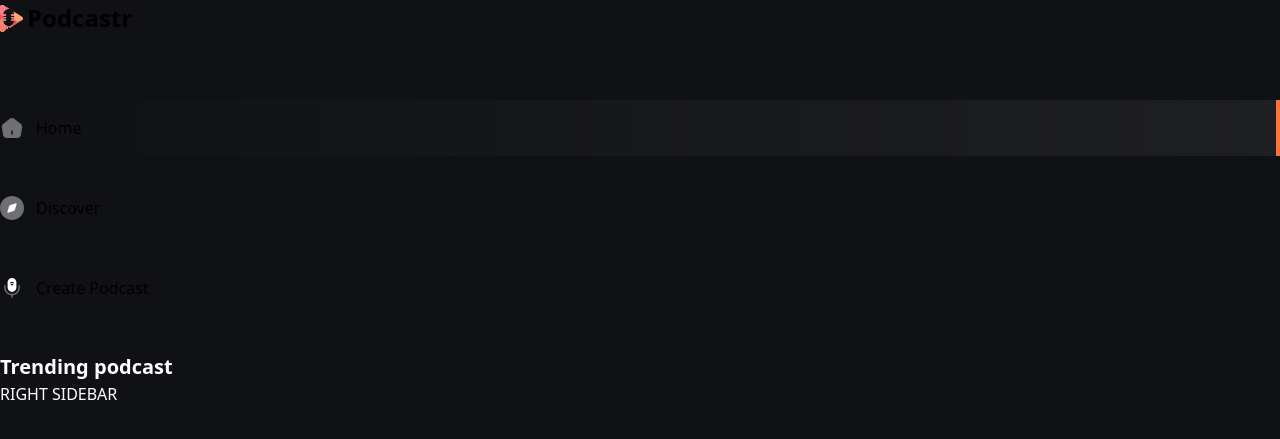
Repository: sumanth-udedar/podcast
Page: /
An editor plug-in stored every save of this project. The page is shown before and after the next save, followed by the edit.
The browser window is 1280 px wide. The pictures show the whole page.
The project was rebuilt for these pictures with package versions that can differ from the ones it lists, and the page was loaded fresh each time. The framework's server and built-in components were replaced by stand-ins that run in the browser. Also part of the build but not shown: next.config.ts.

Above is the page before, as saved 2024-11-13 15:28:05.

### app/(root)/layout.tsx
import LeftSidebar from "@/components/LeftSidebar";

export default function RootLayout({
  children,
}: Readonly<{
  children: React.ReactNode;
}>) {
  return (
    <div>
      <main>
        <LeftSidebar></LeftSidebar>
        {children}
        <p className="text-white-1">RIGHT SIDEBAR</p>
      </main>
    </div>
  );
}

### app/(root)/page.tsx
import { Button } from '@/components/ui/button' //if hadnt imported this then i wont be able to use button tag
import React from 'react'

const page = () => {
  return (
    <div className='mt-9 flex flex-col gap-9'>
      <section className='flex flex-col gap-5'>
        <h1 className='text-20 font-bold text-white-1'>Trending podcast</h1>
        {/* <Button className='text-white-1 bg-orange-1'>Button</Button>  commented this*/}

      </section>
    </div>
  )
}

export default page

### components/LeftSidebar.tsx
"use client";

import Image from "next/image";
import Link from "next/link";
import React from "react";
import { sidebarLinks } from '@/constants'
import { usePathname, useRouter } from "next/navigation";
import { cn } from "@/lib/utils";

const LeftSidebar = () => {
  const pathname = usePathname();
  const router = useRouter();
  return (

    <section >
      <nav className="flex flex-col gap-6">
        <Link href="/" className="flex cursor-pointer items-center gap-1 pb-10 max-lg:justify-center">
          <Image src="/icons/logo.svg" alt="logo" width={23} height={27} />
          <h1 className="text-24 font-extrabold text-white max-lg:hidden">Podcastr</h1>
        </Link>

        {sidebarLinks.map(({ route, label, imgURL }) => {
          const isActive = pathname === route || pathname.startsWith(`${route}/`);

          return <Link href={route} key={label} className={cn("flex gap-3 items-center py-4 max-lg:px-4 justify-center lg:justify-start", {
            'bg-nav-focus border-r-4 border-orange-1': isActive
          })}>
            <Image src={imgURL} alt={label} width={24} height={24} />
            <p>{label}</p>
          </Link>
        })}
      </nav>

    </section>
  );
};

export default LeftSidebar;

### constants/index.tsx
export const sidebarLinks = [
    {
      imgURL: "/icons/home.svg",
      route: "/",
      label: "Home",
    },
    {
      imgURL: "/icons/discover.svg",
      route: "/discover",
      label: "Discover",
    },
    {
      imgURL: "/icons/microphone.svg",
      route: "/create-podcast",
      label: "Create Podcast",
    },
  ];

  export const voiceDetails = [
    {
      id: 1,
      name: "alloy",
    },
    {
      id: 2,
      name: "echo",
    },
    {
      id: 3,
      name: "fable",
    },
    {
      id: 4,
      name: "onyx",
    },
    {
      id: 5,
      name: "nova",
    },
    {
      id: 6,
      name: "shimmer",
    },
  ];

  export const podcastData = [
    {
      id: 1,
      title: "The Joe Rogan Experience",
      description: "A long form, in-depth conversation",
      imgURL:
        "https://lovely-flamingo-139.convex.cloud/api/storage/3106b884-548d-4ba0-a179-785901f69806",
    },
    {
      id: 2,
      title: "The Futur",
      description: "This is how the news should sound",
      imgURL:
        "https://lovely-flamingo-139.convex.cloud/api/storage/16fbf9bd-d800-42bc-ac95-d5a586447bf6",
    },
    {
      id: 3,
      title: "Waveform",
      description: "Join Michelle Obama in conversation",
      imgURL:
        "https://lovely-flamingo-139.convex.cloud/api/storage/60f0c1d9-f2ac-4a96-9178-f01d78fa3733",
    },
    {
      id: 4,
      title: "The Tech Talks Daily Podcast",
      description: "This is how the news should sound",
      imgURL:
        "https://lovely-flamingo-139.convex.cloud/api/storage/5ba7ed1b-88b4-4c32-8d71-270f1c502445",
    },
    {
      id: 5,
      title: "GaryVee Audio Experience",
      description: "A long form, in-depth conversation",
      imgURL:
        "https://lovely-flamingo-139.convex.cloud/api/storage/ca7cb1a6-4919-4b2c-a73e-279a79ac6d23",
    },
    {
      id: 6,
      title: "Syntax ",
      description: "Join Michelle Obama in conversation",
      imgURL:
        "https://lovely-flamingo-139.convex.cloud/api/storage/b8ea40c7-aafb-401a-9129-73c515a73ab5",
    },
    {
      id: 7,
      title: "IMPAULSIVE",
      description: "A long form, in-depth conversation",
      imgURL:
        "https://lovely-flamingo-139.convex.cloud/api/storage/8a55d662-fe3f-4bcf-b78b-3b2f3d3def5c",
    },
    {
      id: 8,
      title: "Ted Tech",
      description: "This is how the news should sound",
      imgURL:
        "https://lovely-flamingo-139.convex.cloud/api/storage/221ee4bd-435f-42c3-8e98-4a001e0d806e",
    },
  ];

Loaded but not shown: app/layout.tsx (common file); app/globals.css (common file); lib/utils.ts (common file); tailwind.config.ts (common file)

After the next save:
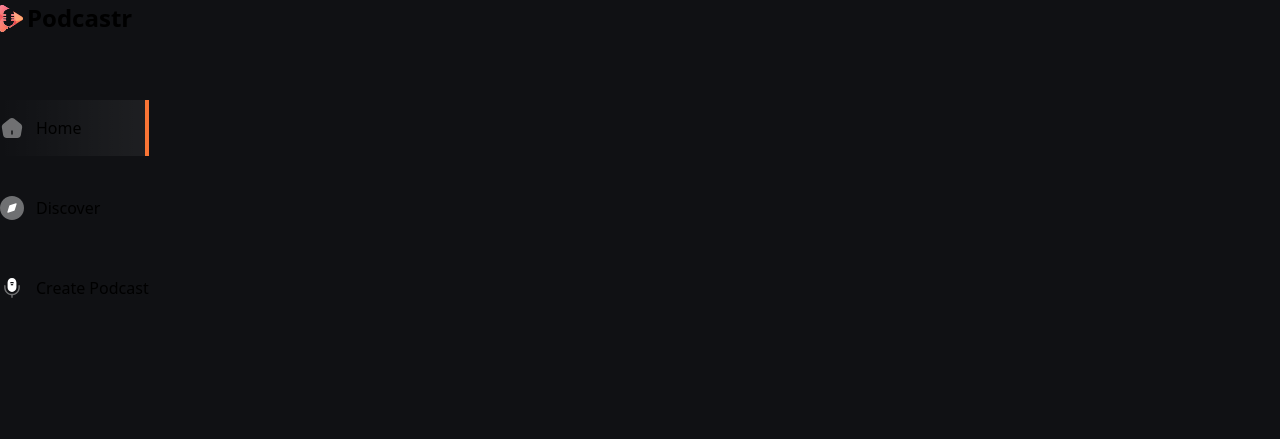
Saved 5 min 53 s later.
--- a/app/(root)/layout.tsx
+++ b/app/(root)/layout.tsx
@@ -6,11 +6,30 @@ export default function RootLayout({
   children: React.ReactNode;
 }>) {
   return (
-    <div>
-      <main>
-        <LeftSidebar></LeftSidebar>
-        {children}
-        <p className="text-white-1">RIGHT SIDEBAR</p>
+    <div className="relative flex flex-col">
+      <main className="relative flex bg-black-3">
+        <LeftSidebar />
+
+        {/* <section className="flex min-h-screen flex-1 flex-col px-4 sm:px-14">
+          <div className="mx-auto flex w-full max-w-5xl flex-col max-sm:px-4">
+            <div className="flex h-16 items-center justify-between md:hidden">
+              <Image
+                src="/icons/logo.svg"
+                width={30}
+                height={30}
+                alt="menu icon"
+              />
+              <MobileNav />
+            </div>
+            <div className="flex flex-col md:pb-14">
+              <Toaster />
+
+              {children}
+            </div>
+          </div>
+        </section> */}
+
+        {/* <RightSidebar /> */}
       </main>
     </div>
   );
